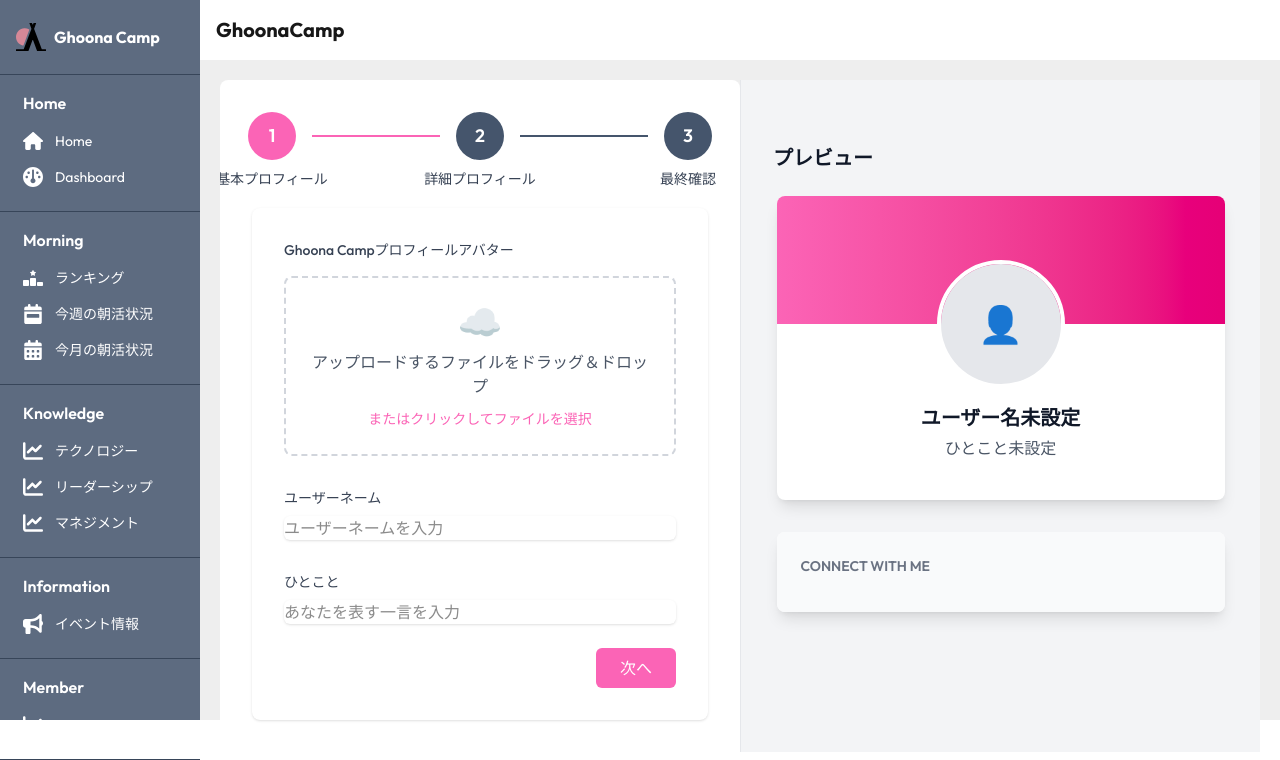
Repository: ShotaGhoona/ghoonacamp_platform
Page: /setting/profile
An editor plug-in stored every save of this project. The page is shown before and after the next save, followed by the edit.
The browser window is 1280 px wide. The pictures show the whole page.
The page's requests for data from a server got no answer. The project was rebuilt for these pictures with package versions that can differ from the ones it lists, and the page was loaded fresh each time. Some packages were replaced by stand-ins written for this rebuild. The framework's server and built-in components were replaced by stand-ins that run in the browser. No one was signed in, and anything a server would have sent is missing. Also part of the build but not shown: next.config.js, src/features/setting/profile/display/DetailProfileForm.tsx, src/features/setting/profile/display/ConfirmationView.tsx.

Above is the page before, as saved 2025-04-29 13:46:38.

### src/app/layout.tsx
import type { Metadata } from 'next';
import { Outfit } from 'next/font/google';
import './globals.css';
import Sidebar from '@/components/display/sidebar';
import Header from '@/components/display/header';
import { ClerkProvider } from '@clerk/nextjs';

const outfit = Outfit({ subsets: ['latin'] });

export const metadata: Metadata = {
  title: 'Ghoona Camp',
  description: 'Ghoona Camp Platform',
};

export default function RootLayout({
  children,
}: {
  children: React.ReactNode;
}) {
  return (
    <ClerkProvider>
      <html lang="ja">
        <body className={outfit.className}>
          <div className="flex">
            <div className="w-[200px] transition-all duration-300">
              <Sidebar />
            </div>
            <div className="flex-1 flex flex-col max-h-screen">
              <Header />
              <main className="bg-[#EEEEEE] flex-1 min-h-[calc(100vh-60px)] p-5">
                {children}
              </main>
            </div>
          </div>
        </body>
      </html>
    </ClerkProvider>
  );
}

### src/app/setting/profile/page.tsx
import { IndexPage } from '@/features/setting/profile/display/index';

export default function ProfileSettingPage() {
  return <IndexPage />;
}

### src/components/display/sidebar.tsx
'use client';

import Link from 'next/link';
import { usePathname } from 'next/navigation';
import clsx from 'clsx';

const groups: { title: string; links: { href: string; label: string; icon: string }[] }[] = [
  {
    title: 'Home',
    links: [
      { href: '/home', label: 'Home', icon: '/svg/sidebarIcon/home.svg' },
      { href: '/home/dashboard', label: 'Dashboard', icon: '/svg/sidebarIcon/dashboard.svg' },
    ],
  },
  {
    title: 'Morning',
    links: [
      { href: '/morning/ranking', label: 'ランキング', icon: '/svg/sidebarIcon/ranking.svg' },
      { href: '/morning/weekend', label: '今週の朝活状況', icon: '/svg/sidebarIcon/week.svg' },
      { href: '/morning/month', label: '今月の朝活状況', icon: '/svg/sidebarIcon/month.svg' },
    ],
  },
  {
    title: 'Knowledge',
    links: [
      { href: '/knowledge/tech', label: 'テクノロジー', icon: '/svg/sidebarIcon/analysis.svg' },
      { href: '/knowledge/leadership', label: 'リーダーシップ', icon: '/svg/sidebarIcon/analysis.svg' },
      { href: '/knowledge/management', label: 'マネジメント', icon: '/svg/sidebarIcon/analysis.svg' },
    ],
  },
  {
    title: 'Information',
    links: [{ href: '/information/events', label: 'イベント情報', icon: '/svg/sidebarIcon/externalEvents.svg' }],
  },
  {
    title: 'Member',
    links: [{ href: '/members', label: 'GhoonaCamper', icon: '/svg/sidebarIcon/analysis.svg' }],
  },
];

export default function Sidebar() {
  const pathname = usePathname();

  return (
    <aside className="w-full h-screen bg-[#5D6B80] text-white">
      <div className="flex items-center gap-2 h-[75px] px-4 border-b border-[#374559]">
        <img src="/svg/logo.svg" alt="Ghoona Camp" className="w-[30px] h-[30px]" />
        <span className="font-bold">Ghoona Camp</span>
      </div>

      <nav>
        {groups.map((g) => (
          <div key={g.title} className="border-b border-[#374559] px-[15px] py-4">
            <p className="text-base font-semibold mb-2 px-2">
              {g.title}
            </p>
            {g.links.map((l) => (
              <Link
                key={l.href}
                href={l.href}
                className={clsx(
                  'flex items-center gap-3 p-2 rounded-lg text-sm',
                  pathname === l.href
                    ? 'bg-primary text-white'
                    : 'hover:bg-slate-600'
                )}
              >
                <img src={l.icon} alt={l.label} className="w-[20px] h-[20px]" />
                <span>{l.label}</span>
              </Link>
            ))}
          </div>
        ))}
      </nav>
    </aside>
  );
}

### src/components/display/header.tsx
'use client';

import { UserButton, useUser } from '@clerk/nextjs';

export default function Header() {
  const { user, isLoaded } = useUser();

  return (
    <header className="w-full h-16  flex items-center justify-between px-4">
      <div className="flex items-center gap-4">
        <h1 className="text-xl font-bold">GhoonaCamp</h1>
      </div>
      <div className="flex items-center gap-4">
        {isLoaded && user && (
          <div className="flex items-center gap-2">
            <span className="text-sm">
              {user.firstName} {user.lastName}
            </span>
            <UserButton afterSignOutUrl="/" />
          </div>
        )}
      </div>
    </header>
  );
}

### src/features/setting/profile/display/index.tsx
'use client';

import { useState } from 'react';
import { StepIndicator } from '@/features/setting/profile/components/StepIndicator';
import { BasicProfileForm } from '@/features/setting/profile/display/BasicProfileForm';
import { DetailProfileForm } from '@/features/setting/profile/display/DetailProfileForm';
import { ConfirmationView } from '@/features/setting/profile/display/ConfirmationView';
import { ProfilePreview } from '@/features/setting/profile/components/ProfilePreview';
import { DetailProfilePreview } from '@/features/setting/profile/components/DetailProfilePreview';
import { useProfileForm } from '@/features/setting/profile/hooks/useProfileForm';

export const IndexPage = () => {
  const {
    currentStep,
    formData,
    updateFormData,
    handleNextStep,
    handlePrevStep,
    handleAvatarChange,
  } = useProfileForm();

  const [isSubmitting, setIsSubmitting] = useState(false);

  const handleSubmit = async () => {
    setIsSubmitting(true);
    try {
      // TODO: APIを呼び出してプロフィールを更新
      await new Promise(resolve => setTimeout(resolve, 1000)); // 仮の遅延
      // 成功時の処理（例：ダッシュボードへリダイレクト）
    } catch (error) {
      console.error('プロフィールの更新に失敗しました:', error);
      // エラー処理
    } finally {
      setIsSubmitting(false);
    }
  };

  return (
    <div className="flex">
      {/* 左側：フォーム */}
      <div className="w-1/2 p-8  overflow-y-auto bg-white rounded-lg ">

        {/* ステップインジケーター */}
        <StepIndicator currentStep={currentStep} />

        {/* フォームコンテンツ */}
        <div className="bg-white rounded-lg shadow-sm p-6 md:p-8 mt-8">
          {currentStep === 'basic' && (
            <BasicProfileForm
              formData={formData}
              onUpdate={updateFormData}
              onAvatarChange={handleAvatarChange}
              onNext={handleNextStep}
            />
          )}

          {currentStep === 'detail' && (
            <DetailProfileForm
              formData={formData}
              onUpdate={updateFormData}
              onPrev={handlePrevStep}
              onNext={handleNextStep}
            />
          )}

          {currentStep === 'confirm' && (
            <ConfirmationView
              formData={formData}
              onPrev={handlePrevStep}
              onSubmit={handleSubmit}
              isSubmitting={isSubmitting}
            />
          )}
        </div>
      </div>

      {/* 右側：プレビュー */}
      <div className="w-1/2 bg-gray-100 p-8 overflow-y-auto border-l border-gray-200">
        <div className="sticky top-8 space-y-8">
          <h2 className="text-xl font-semibold text-gray-900 mb-6">プレビュー</h2>

          {/* 基本プロフィールプレビュー */}
          <ProfilePreview formData={formData} />

          {/* 詳細プロフィールプレビュー */}
          <DetailProfilePreview formData={formData} />
        </div>
      </div>
    </div>
  );
}

### src/features/setting/profile/components/StepIndicator.tsx
'use client';

import { cn } from '@/lib/utils';
import { Step, PROFILE_STEPS } from '../types/profile';

interface StepIndicatorProps {
  currentStep: Step;
}

export const StepIndicator = ({ currentStep }: StepIndicatorProps) => {
  return (
    <div className="flex items-center justify-center mb-12">
      {PROFILE_STEPS.map((step, index) => (
        <div key={step.id} className="flex items-center">
          {/* ステップサークル */}
          <div
            className={cn(
              'w-12 h-12 rounded-full flex items-center justify-center text-lg font-semibold relative',
              currentStep === step.id
                ? 'bg-pink-400 text-white'
                : 'bg-slate-600 text-white'
            )}
          >
            {step.number}
            {/* ステップタイトル */}
            <div className="text-center absolute -bottom-8 w-32">
              <span className="text-sm font-medium text-gray-700">{step.title}</span>
            </div>
          </div>

          {/* 接続線 */}
          {index < PROFILE_STEPS.length - 1 && (
            <div
              className={cn(
                'h-[2px] w-32 mx-4',
                currentStep === PROFILE_STEPS[index + 1].id || currentStep === step.id
                  ? 'bg-pink-400'
                  : 'bg-slate-600'
              )}
            />
          )}
        </div>
      ))}
    </div>
  );
};

### src/features/setting/profile/display/BasicProfileForm.tsx
'use client';

import { ProfileFormData } from '../types/profile';
import { AvatarUpload } from '../components/AvatarUpload';

interface BasicProfileFormProps {
  formData: ProfileFormData;
  onUpdate: (data: Partial<ProfileFormData>) => void;
  onAvatarChange: (file: File) => void;
  onNext: () => void;
}

export const BasicProfileForm = ({
  formData,
  onUpdate,
  onAvatarChange,
  onNext,
}: BasicProfileFormProps) => {
  return (
    <div className="space-y-6">

      <div className="space-y-8">
        {/* アバターアップロード */}
        <div className="space-y-4">
          <label className="block text-sm font-medium text-gray-700">
            Ghoona Campプロフィールアバター
          </label>
          <AvatarUpload
            onFileSelect={onAvatarChange}
            previewUrl={formData.avatarUrl}
          />
        </div>

        {/* ユーザーネーム */}
        <div className="space-y-2">
          <label
            htmlFor="username"
            className="block text-sm font-medium text-gray-700"
          >
            ユーザーネーム
          </label>
          <input
            type="text"
            id="username"
            value={formData.username}
            onChange={(e) => onUpdate({ username: e.target.value })}
            className="mt-1 block w-full rounded-md border-gray-300 shadow-sm focus:border-pink-400 focus:ring-pink-400"
            placeholder="ユーザーネームを入力"
          />
        </div>

        {/* ひとこと */}
        <div className="space-y-2">
          <label
            htmlFor="bio"
            className="block text-sm font-medium text-gray-700"
          >
            ひとこと
          </label>
          <input
            type="text"
            id="bio"
            value={formData.bio}
            onChange={(e) => onUpdate({ bio: e.target.value })}
            className="mt-1 block w-full rounded-md border-gray-300 shadow-sm focus:border-pink-400 focus:ring-pink-400"
            placeholder="あなたを表す一言を入力"
          />
        </div>
      </div>

      {/* 次へボタン */}
      <div className="flex justify-end">
        <button
          onClick={onNext}
          className="bg-pink-400 text-white px-6 py-2 rounded-md hover:bg-pink-500 transition-colors"
        >
          次へ
        </button>
      </div>
    </div>
  );
};

### src/features/setting/profile/components/ProfilePreview.tsx
'use client';

import { ProfileFormData } from '../types/profile';

interface ProfilePreviewProps {
  formData: ProfileFormData;
}

export const ProfilePreview = ({ formData }: ProfilePreviewProps) => {
  return (
    <div className="w-full max-w-md mx-auto bg-white rounded-lg shadow-lg overflow-hidden">
      {/* ヘッダー部分 */}
      <div className="relative h-32 bg-gradient-to-r from-pink-400 to-pink-600">
        <div className="absolute -bottom-16 left-1/2 transform -translate-x-1/2">
          <div className="w-32 h-32 rounded-full border-4 border-white overflow-hidden bg-white">
            {formData.avatarUrl ? (
              <img
                src={formData.avatarUrl}
                alt={formData.username}
                className="w-full h-full object-cover"
              />
            ) : (
              <div className="w-full h-full bg-gray-200 flex items-center justify-center">
                <span className="text-4xl text-gray-400">👤</span>
              </div>
            )}
          </div>
        </div>
      </div>

      {/* プロフィール情報 */}
      <div className="pt-20 px-6 pb-6">
        <div className="text-center mb-4">
          <h3 className="text-xl font-bold text-gray-900">
            {formData.username || 'ユーザー名未設定'}
          </h3>
          <p className="text-gray-600 mt-1">{formData.bio || 'ひとこと未設定'}</p>
        </div>

        {/* SNSリンク */}
        <div className="flex justify-center space-x-4 mt-4">
          {formData.websiteUrl && (
            <a
              href={formData.websiteUrl}
              target="_blank"
              rel="noopener noreferrer"
              className="text-gray-600 hover:text-pink-500"
            >
              Website
            </a>
          )}
        </div>
      </div>
    </div>
  );
};

### src/features/setting/profile/components/DetailProfilePreview.tsx
'use client';

import { ProfileFormData } from '../types/profile';

interface DetailProfilePreviewProps {
  formData: ProfileFormData;
}

export const DetailProfilePreview = ({ formData }: DetailProfilePreviewProps) => {
  return (
    <div className="w-full max-w-md mx-auto bg-white rounded-lg shadow-lg overflow-hidden">
      {/* One-Line Profile */}
      {formData.oneLine && (
        <div className="p-6 border-b border-gray-100">
          <h3 className="text-sm font-semibold text-gray-500 uppercase mb-2">One-Line Profile</h3>
          <p className="text-lg font-medium text-gray-800 italic">
            "{formData.oneLine}"
          </p>
        </div>
      )}

      {/* Background */}
      {formData.background && (
        <div className="p-6 border-b border-gray-100">
          <h3 className="text-sm font-semibold text-gray-500 uppercase mb-2">Background</h3>
          <p className="text-gray-700 leading-relaxed">
            {formData.background}
          </p>
        </div>
      )}

      {/* What I'm Into */}
      {formData.interests && formData.interests.length > 0 && (
        <div className="p-6 border-b border-gray-100">
          <h3 className="text-sm font-semibold text-gray-500 uppercase mb-3">What I'm Into</h3>
          <div className="flex flex-wrap gap-2">
            {formData.interests.map((interest) => (
              <span
                key={interest}
                className="px-3 py-1 bg-pink-100 text-pink-800 rounded-full text-sm"
              >
                {interest}
              </span>
            ))}
          </div>
        </div>
      )}

      {/* Core Skills */}
      {formData.coreSkills && formData.coreSkills.length > 0 && (
        <div className="p-6 border-b border-gray-100">
          <h3 className="text-sm font-semibold text-gray-500 uppercase mb-3">Core Skill Set</h3>
          <div className="flex flex-wrap gap-2">
            {formData.coreSkills.map((skill) => (
              <span
                key={skill}
                className="px-3 py-1 bg-blue-100 text-blue-800 rounded-full text-sm"
              >
                {skill}
              </span>
            ))}
          </div>
        </div>
      )}

      {/* SNS Links */}
      <div className="p-6 bg-gray-50">
        <h3 className="text-sm font-semibold text-gray-500 uppercase mb-3">Connect With Me</h3>
        <div className="flex flex-wrap gap-4">
          {formData.instagramUrl && (
            <a
              href={formData.instagramUrl}
              target="_blank"
              rel="noopener noreferrer"
              className="flex items-center text-pink-500 hover:text-pink-600"
            >
              <span className="text-sm">Instagram</span>
            </a>
          )}
          {formData.websiteUrl && (
            <a
              href={formData.websiteUrl}
              target="_blank"
              rel="noopener noreferrer"
              className="flex items-center text-gray-600 hover:text-gray-800"
            >
              <span className="text-sm">Website</span>
            </a>
          )}
          {formData.xUrl && (
            <a
              href={formData.xUrl}
              target="_blank"
              rel="noopener noreferrer"
              className="flex items-center text-gray-800 hover:text-gray-900"
            >
              <span className="text-sm">X</span>
            </a>
          )}
          {formData.linkedinUrl && (
            <a
              href={formData.linkedinUrl}
              target="_blank"
              rel="noopener noreferrer"
              className="flex items-center text-blue-600 hover:text-blue-700"
            >
              <span className="text-sm">LinkedIn</span>
            </a>
          )}
        </div>
      </div>
    </div>
  );
};

### src/features/setting/profile/hooks/useProfileForm.ts
'use client';

import { useState } from 'react';
import { ProfileFormData, Step } from '../types/profile';

export const useProfileForm = () => {
  const [currentStep, setCurrentStep] = useState<Step>('basic');
  const [formData, setFormData] = useState<ProfileFormData>({
    username: '',
    bio: '',
  });

  const updateFormData = (data: Partial<ProfileFormData>) => {
    setFormData((prev) => ({ ...prev, ...data }));
  };

  const handleNextStep = () => {
    if (currentStep === 'basic') setCurrentStep('detail');
    else if (currentStep === 'detail') setCurrentStep('confirm');
  };

  const handlePrevStep = () => {
    if (currentStep === 'detail') setCurrentStep('basic');
    else if (currentStep === 'confirm') setCurrentStep('detail');
  };

  const handleAvatarChange = (file: File) => {
    const url = URL.createObjectURL(file);
    updateFormData({ avatar: file, avatarUrl: url });
  };

  return {
    currentStep,
    formData,
    updateFormData,
    handleNextStep,
    handlePrevStep,
    handleAvatarChange,
  };
};

### src/features/setting/profile/types/profile.ts
export type Step = 'basic' | 'detail' | 'confirm';

export interface ProfileFormData {
  // 基本プロフィール
  avatar?: File;
  avatarUrl?: string;
  username: string;
  bio: string;

  // 詳細プロフィール
  oneLine?: string;          // 一言プロフィール（30文字）
  background?: string;       // 経歴・背景（140文字）
  interests?: string[];      // 興味・関心事
  coreSkills?: string[];    // コアスキル

  // SNSリンク
  instagramUrl?: string;
  websiteUrl?: string;
  xUrl?: string;
  linkedinUrl?: string;
}

export interface StepInfo {
  id: Step;
  number: number;
  title: string;
}

export const PROFILE_STEPS: StepInfo[] = [
  { id: 'basic', number: 1, title: '基本プロフィール' },
  { id: 'detail', number: 2, title: '詳細プロフィール' },
  { id: 'confirm', number: 3, title: '最終確認' },
];

### src/features/setting/profile/components/AvatarUpload.tsx
'use client';

import { useCallback } from 'react';
import { useDropzone } from 'react-dropzone';

interface AvatarUploadProps {
  onFileSelect: (file: File) => void;
  previewUrl?: string;
}

export const AvatarUpload = ({ onFileSelect, previewUrl }: AvatarUploadProps) => {
  const onDrop = useCallback((acceptedFiles: File[]) => {
    if (acceptedFiles.length > 0) {
      onFileSelect(acceptedFiles[0]);
    }
  }, [onFileSelect]);

  const { getRootProps, getInputProps, isDragActive } = useDropzone({
    onDrop,
    accept: {
      'image/*': ['.jpeg', '.jpg', '.png', '.gif']
    },
    maxFiles: 1,
    multiple: false,
  });

  return (
    <div className="w-full max-w-md mx-auto">
      <div
        {...getRootProps()}
        className="border-2 border-dashed border-gray-300 rounded-lg p-6 text-center cursor-pointer hover:border-pink-400 transition-colors"
      >
        <input {...getInputProps()} />
        {previewUrl ? (
          <div className="relative w-32 h-32 mx-auto">
            <img
              src={previewUrl}
              alt="アバタープレビュー"
              className="w-full h-full object-cover rounded-full"
            />
            <div className="absolute inset-0 flex items-center justify-center bg-black bg-opacity-50 rounded-full opacity-0 hover:opacity-100 transition-opacity">
              <p className="text-white text-sm">クリックして変更</p>
            </div>
          </div>
        ) : (
          <div className="space-y-2">
            <div className="text-4xl text-gray-400">☁️</div>
            <p className="text-gray-600">
              {isDragActive
                ? 'ファイルをドロップしてください'
                : 'アップロードするファイルをドラッグ＆ドロップ'}
            </p>
            <button className="text-sm text-pink-400 hover:text-pink-500">
              またはクリックしてファイルを選択
            </button>
          </div>
        )}
      </div>
    </div>
  );
};

Loaded but not shown: src/app/globals.css (common file); src/lib/utils.ts (common file)

After the next save:
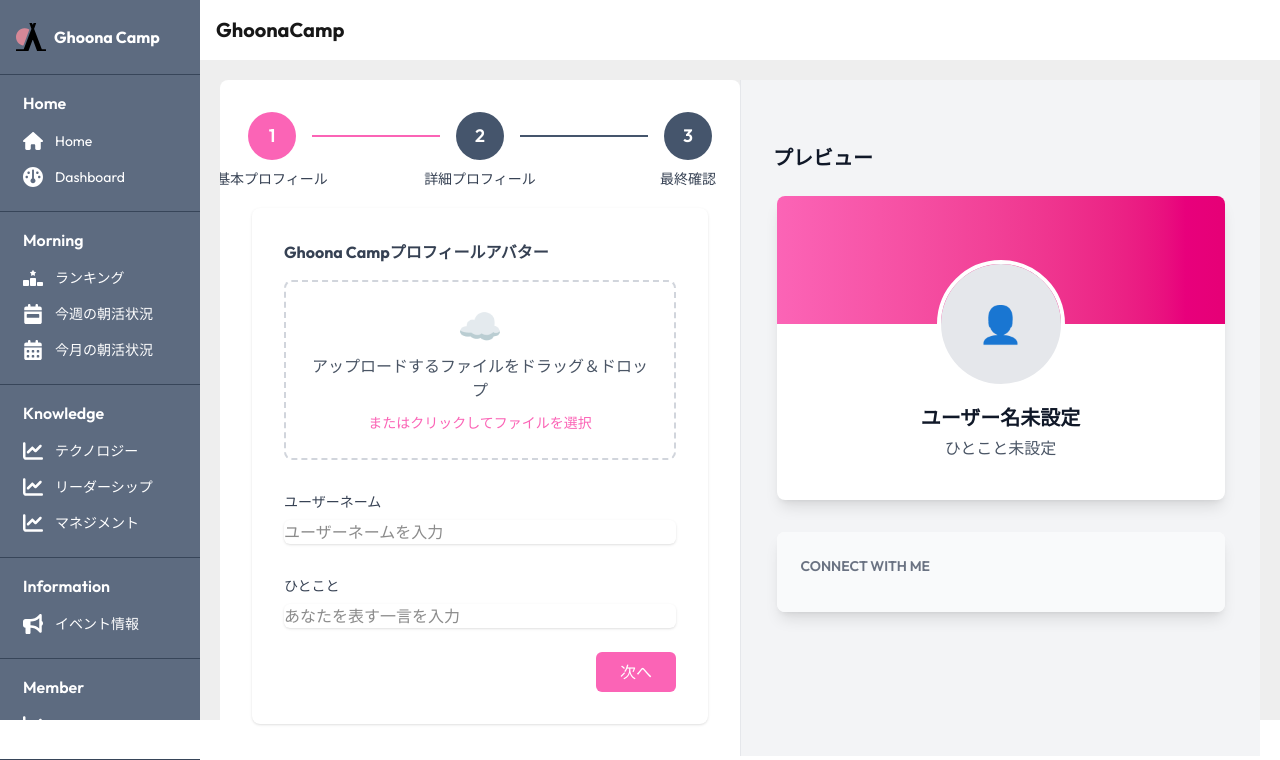
Saved 20 s later.
--- a/src/features/setting/profile/display/BasicProfileForm.tsx
+++ b/src/features/setting/profile/display/BasicProfileForm.tsx
@@ -22,7 +22,7 @@ export const BasicProfileForm = ({
       <div className="space-y-8">
         {/* アバターアップロード */}
         <div className="space-y-4">
-          <label className="block text-sm font-medium text-gray-700">
+          <label className="block text-base font-bold text-gray-700">
             Ghoona Campプロフィールアバター
           </label>
           <AvatarUpload
